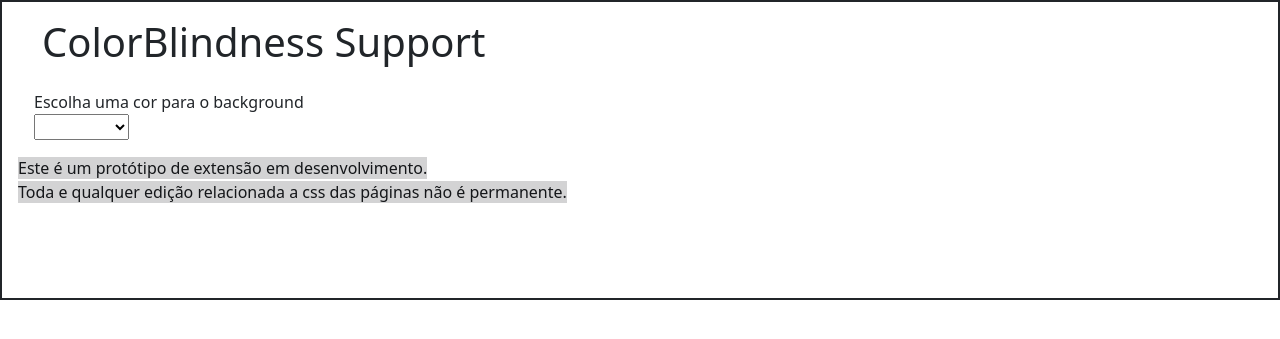
Repository: pedrosiqueira/daltonchrome
Page: popup.html
These files come from the project's save history. The page is drawn as it stood at one moment and after the next save; the edit follows.
The browser window is 1280 px wide. The pictures show the whole page.

Above is the page before, as saved 2022-06-17 13:13:59.

### popup.html
<!DOCTYPE html>
<html>

<head>
    <meta charset="utf-8" />
    <link href="css/vendor/bootstrap.min.css" rel="stylesheet" crossorigin="anonymous">
    <link rel="stylesheet" type="text/css" href="css/popup.css" />
</head>

<body class="p-3 flex border border-dark border-2 ">

    <div class="container flex row">

        <h1 class="form-title"> ColorBlindness Support </h1>
        <!--  <div class="form-check form-switch col">
            <input class="form-check-input" type="checkbox" id="flexSwitchCheckChecked">
            <label class="form-check-label" for="flexSwitchCheckChecked" id="MeuSwitch">Ativar extensão</label>
        </div>
        <button id="meubotao" type="button" class="btn row w-10 h-15 btn-dark">
            Clique-me
        </button> -->
    </div>

    <div class="p-3">
        <label for="cores">Escolha uma cor para o background</label>
        <br>
        <select name="cores" id="cores">
            <option value="#"> </option>
            <option value="red">Vermelho</option>
            <option value="green">Verde</option>
            <option value="blue">Azul</option>
        </select>
    </div>

    <alert id="alert" class="alert-dark">Este é um protótipo de extensão em desenvolvimento.<br>
    Toda e qualquer edição relacionada a css das páginas não é permanente.
    </alert>

    <script src="js/vendor/jquery-3.6.0.min.js"></script>
    <script src="js/vendor/bootstrap.bundle.min.js"></script>
    <script src="js/popup.js"></script>
</body>

</html>

### css/popup.css
body {
    min-width:600px;
    min-height:300px;
}

#table-wrapper {
    position:relative;
    white-space: nowrap;
}
#table-scroll {
    overflow:auto;
    margin-top:20px;
}
#table-wrapper table {
    width:100%;

}

#table-wrapper table thead th .text {
    position:absolute;
    top:-20px;
    z-index:2;
    height:20px;
    width:35%;
    border:1px solid red;
}

#table-wrapper table tbody td{
    border: 1px solid black;
}

### js/popup.js
start()

function start() {
    $("#meubotao").click(umafuncao)
}

function ativar(){
    $("#MeuSwitch")
}


async function umafuncao() {

    // obtém a aba atual
    [currentTab] = await chrome.tabs.query({ active: true, currentWindow: true });

    // envia mensagem para a aba atual
    chrome.tabs.sendMessage(currentTab.id, { nome: "Carol", curso: "TADS", orientador: "pedro" }, callback);


}

// funcao que recebe a resposta da mensagem que foi enviada para alguma aba
function callback(response) {
    console.log("ufa, a mensagem conseguiu chegar!")
    console.log(response)
}

Loaded but not shown: css/vendor/bootstrap.min.css (library); js/vendor/jquery-3.6.0.min.js (library); js/vendor/bootstrap.bundle.min.js (library)

After the next save:
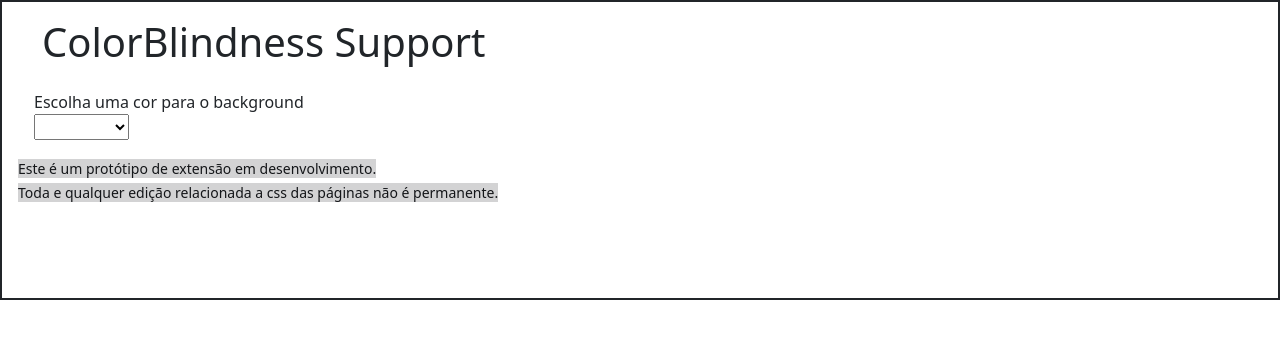
Saved 22 s later.
--- a/popup.html
+++ b/popup.html
@@ -32,7 +32,7 @@
         </select>
     </div>
 
-    <alert id="alert" class="alert-dark">Este é um protótipo de extensão em desenvolvimento.<br>
+    <alert id="alert" class="alert-dark form-text">Este é um protótipo de extensão em desenvolvimento.<br>
     Toda e qualquer edição relacionada a css das páginas não é permanente.
     </alert>
 
